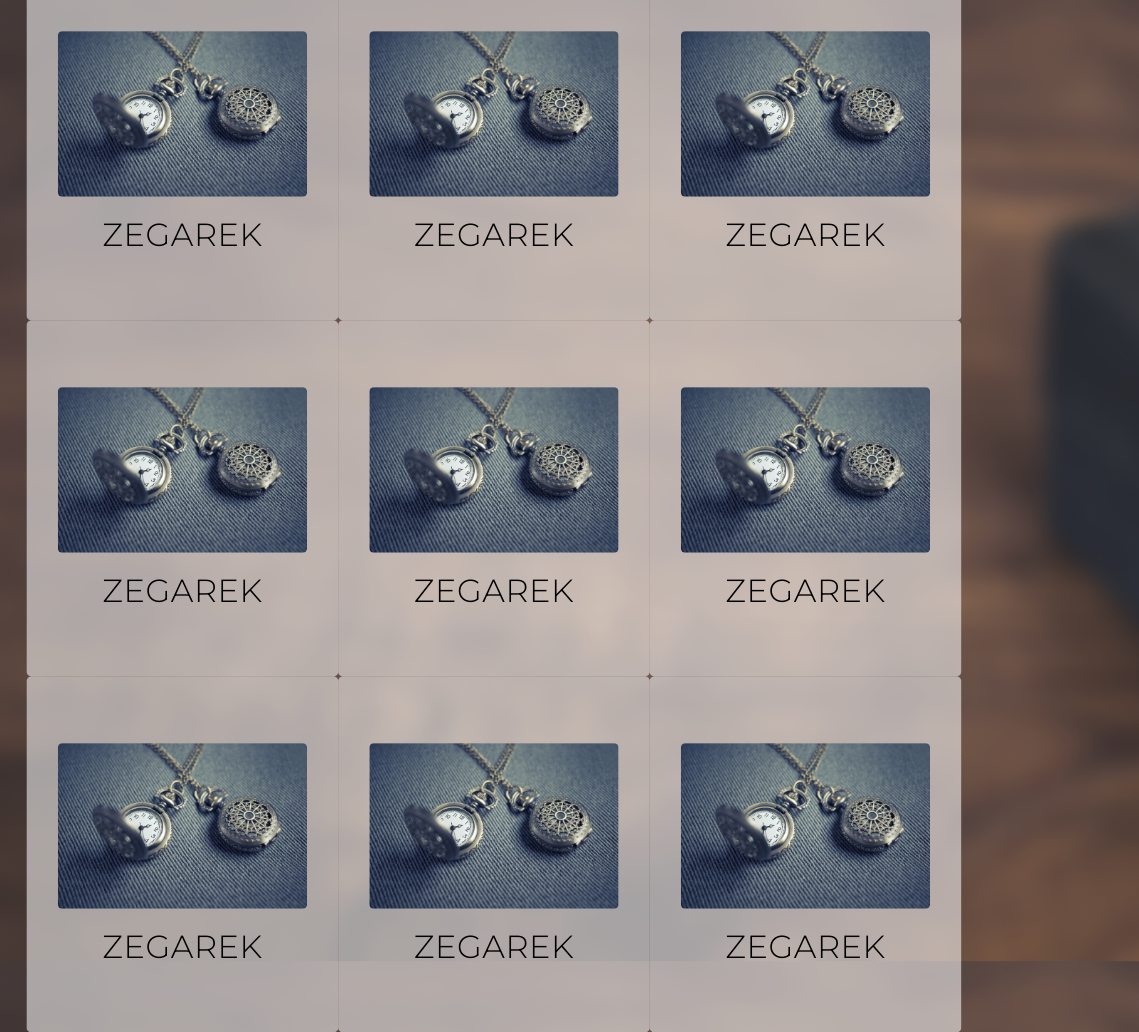
Repository: Rickardo198/prezent
Page: index.html
These files come from the project's save history. The page is drawn as it stood at one moment and after the next save; the edit follows.
The browser window is 1280 px wide. The pictures show the whole page, at 89% of full size.

Above is the page before, as saved 2020-10-25 21:24:09.

After the next save:
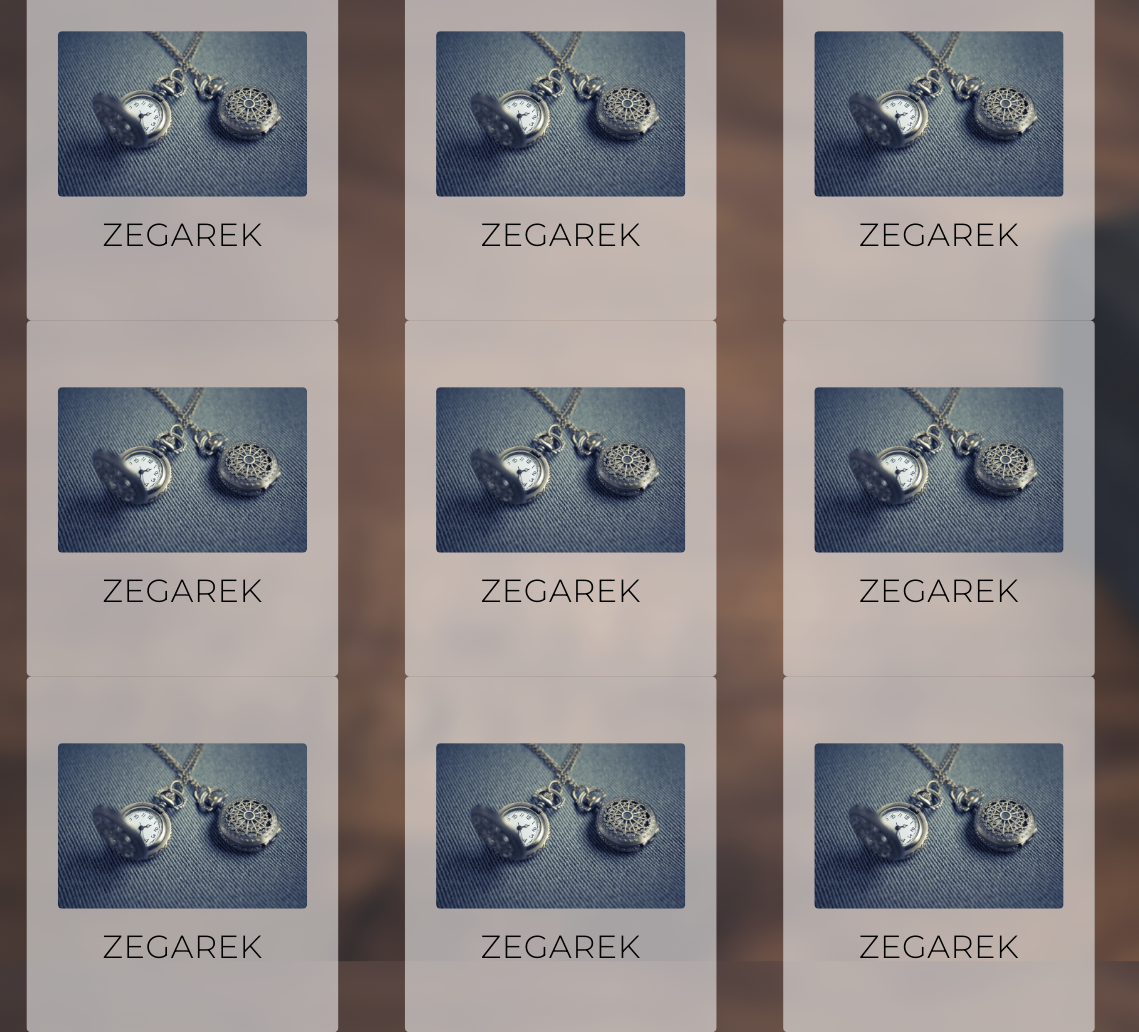
Saved 29 s later.
--- a/index.html
+++ b/index.html
@@ -23,8 +23,8 @@
             max-width: 1200px;
             display: flex;
             flex-flow: row wrap;
-            align-items: center;
-            align-items: center;
+            align-items: space-between;
+            justify-content: space-between;
         }
         .cardWrapper{
             width: 350px;
